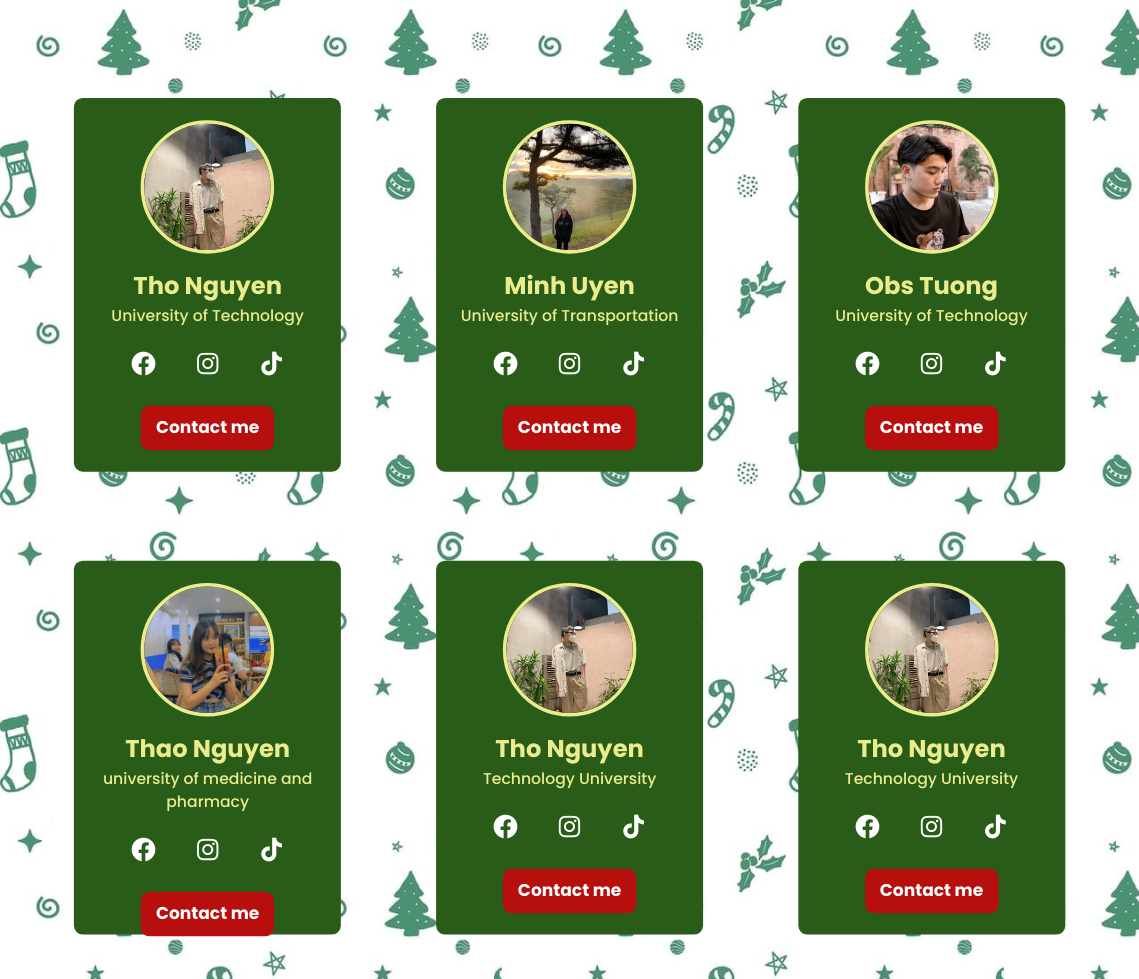
Repository: lausamtuong/profileCard
Page: index.html
These files come from the project's save history. The page is drawn as it stood at one moment and after the next save; the edit follows.
The browser window is 1280 px wide. The pictures show the whole page, at 89% of full size.
The style sheet was rebuilt from its Sass, Less or Tailwind sources for each picture, by a compiler version that may differ from the author's.

Above is the page before, as saved 2021-12-14 18:51:46.

After the next save:
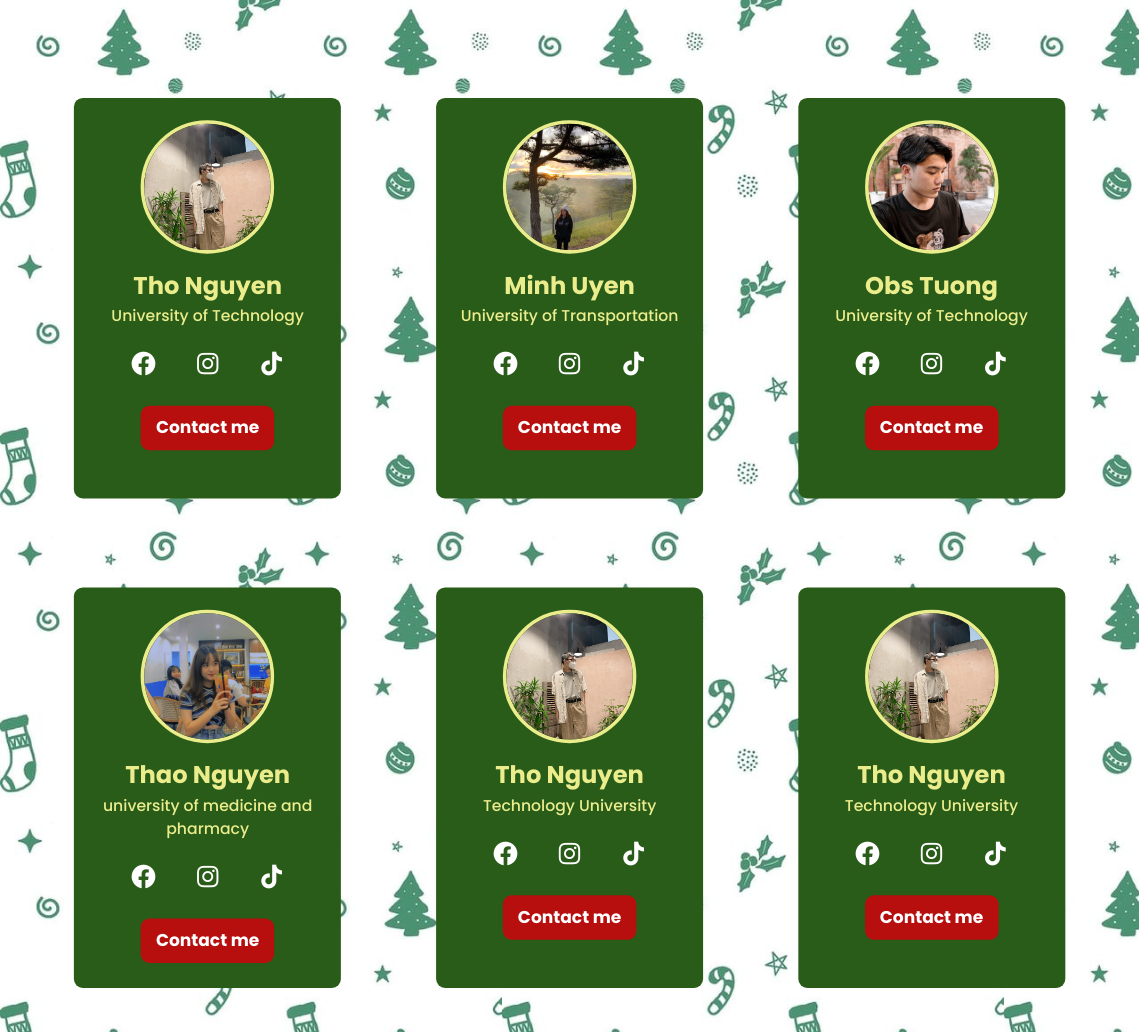
Saved 28 s later.
--- a/style.scss
+++ b/style.scss
@@ -25,7 +25,7 @@ body{
     }
     &__item{
         width:300px;
-        height:420px;
+        height:450px;
         background-color:  #2a5c19;
         margin: 50px 20px;
         border-radius: 10px;
